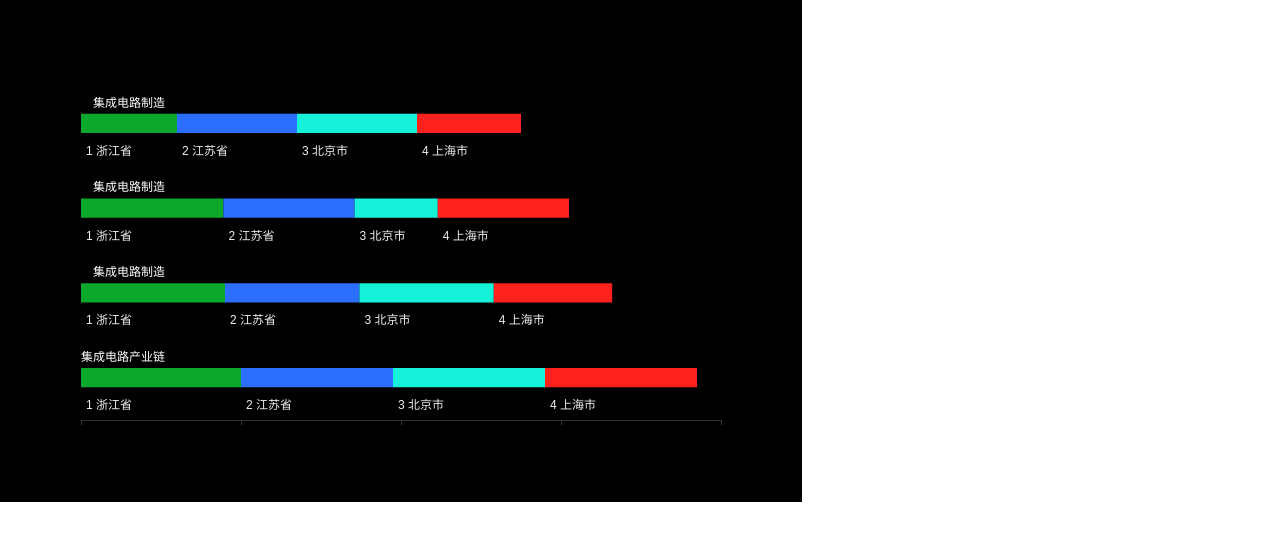
Repository: 572031690/echartproj
Page: /#/test
An editor plug-in stored every save of this project. The page is shown before and after the next save, followed by the edit.
The browser window is 1280 px wide. The pictures show the whole page.
The project was rebuilt for these pictures with package versions that can differ from the ones it lists, and the page was loaded fresh each time. Also part of the build but not shown: vue.config.js, src/components/Seller.vue, src/views/SellerPage.vue, src/utils/theme_utils.js, src/components/Trend.vue, src/views/TrendPage.vue, src/utils/map_utils.js, src/components/Map.vue and 9 more.

Above is the page before, as saved 2021-08-03 11:56:09.

### public/index.html
<!DOCTYPE html>
<html lang="en">
  <head>
    <meta charset="utf-8">
    <meta http-equiv="X-UA-Compatible" content="IE=edge">
    <meta name="viewport" content="width=device-width,initial-scale=1.0">
    <link rel="icon" href="<%= BASE_URL %>favicon.ico">
    <title><%= htmlWebpackPlugin.options.title %></title>
  </head>
  <body>
    <noscript>
      <strong>We're sorry but <%= htmlWebpackPlugin.options.title %> doesn't work properly without JavaScript enabled. Please enable it to continue.</strong>
    </noscript>
    <div id="app"></div>
    <!-- built files will be auto injected -->
    <!-- 一旦通过script标签引入的echarts.js的文件之后呢, window.echarts -->
    <script src="static/lib/echarts.min.js"></script>
    <!-- 引入主题的js文件 -->
    <script src="static/theme/chalk.js"></script>
    <script src="static/theme/vintage.js"></script>
  </body>
</html>

### src/main.js
import Vue from 'vue'
import App from './App.vue'
import router from './router'
import store from './store'
// 引入字体的文件
import './assets/font/iconfont.css'
// 引入全局的样式文件
import './assets/css/global.less'
import axios from 'axios'
import SocketService from './utils/socket_service'

// 调用socket **********
// import SocketService from '@/utils/socket_service'
// 对服务端进行webSocket连接 *********
// SocketService.Instance.connect()
// Vue.prototype.$socket = SocketService.Instance

// 请求基准路径的配置
axios.defaults.baseURL = 'http://127.0.0.1:8888/api/'
// 将axios挂载到Vue的原型对象上
// 在别的组件中 this.$http
Vue.prototype.$http = axios

// 将全局的echarts对象挂载到Vue的原型对象上
// 别的组件中 this.$echarts
Vue.prototype.$echarts = window.echarts

Vue.config.productionTip = false

new Vue({
  router,
  store,
  render: h => h(App)
}).$mount('#app')

### src/App.vue
<template>
  <div id="app">
    <!-- 路由占位符 -->
    <router-view></router-view>
  </div>
</template>

<style lang="less">

</style>

### src/router/index.js
import Vue from 'vue'
import VueRouter from 'vue-router'
import SellerPage from '@/views/SellerPage'
import TrendPage from '@/views/TrendPage'
import MapPage from '@/views/MapPage'
import RankPage from '@/views/RankPage'
import HotPage from '@/views/HotPage'
import StockPage from '@/views/StockPage'
import Test from '../components/Test.vue'
import ScreenPage from '@/views/ScreenPage'

Vue.use(VueRouter)

const routes = [
  {
    path: '/',
    redirect: '/screen'
  },
  {
    path: '/screen',
    component: ScreenPage
  },
  {
    path: '/sellerpage',
    component: SellerPage
  },
  {
    path: '/trendpage',
    component: TrendPage
  },
  {
    path: '/mappage',
    component: MapPage
  },
  {
    path: '/rankpage',
    component: RankPage
  },
  {
    path: '/hotpage',
    component: HotPage
  },
  {
    path: '/stockpage',
    component: StockPage
  },
  {
    path: '/test',
    component: Test
  }

]

const router = new VueRouter({
  routes
})

export default router

### src/store/index.js
import Vue from 'vue'
import Vuex from 'vuex'

Vue.use(Vuex)

export default new Vuex.Store({
  state: {
    theme: 'chalk'
  },
  mutations: {
    changeTheme (state) {
      if(state.theme === 'chalk'){
        state.theme = 'vintage'
      }else{
        state.theme = 'chalk'
      }
    }
  },
  actions: {
  },
  modules: {
  }
})

### src/assets/css/global.less
html, body, #app {
  width: 100%;
  height: 100%;
  padding: 0;
  margin: 0;
  overflow: hidden;
}

.com-page {
  width: 100%;
  height: 100%;
  overflow: hidden;
}

.com-container {
  width: 100%;
  height: 100%;
  overflow: hidden;
  position: relative;
}

.com-chart {
  width: 100%;
  height: 100%;
  overflow: hidden;
}

canvas {
  border-radius: 20px;
}

/*无法选中图片文字方法*/
span,div,img{
  user-select:none;
}

### src/utils/socket_service.js
export default class SocketService {
    // 单例的设计模式
    //如果别人通过get Instance 来的到我的实例对象 那我只会给他返回同一个实例对象
    static instance = null
    static get Instance() {
        if (!this.instance) {
            this.instance = new SocketService()
        }
        return this.instance
    }

    //和服务端连接的socket对象
    ws = null
    //存储回调函数
    callBackMapping = {}
    //定义连接服务器的方法
    connect() {
        //连接服务器
        if (!window.WebSocket) {
            return console.log('你的浏览器不支持WebSocket');
        }
        this.ws = new WebSocket('ws://localhost:9998')

        //连接服务端成功
        this.ws.onopen = () => {
            console.log('连接服务端成功');
        }
        //连接服务端失败
        this.ws.onclose = () => {
            console.log('连接服务端失败');
        }
        //得到服务端发送过来的数据
        this.ws.onmessage = msg => {
            console.log('从服务端获取数据');
            //得到的数据在msg的data里面
            // console.log(msg.data);
            const recvData = JSON.parse(msg.data)
            const socketType = recvData.socketType
            //判断回调函数是否存在
            if(this.callBackMapping[socketType]){
                const action = recvData.action
                if(action === 'getData') {
                    const realData = JSON.parse(recvData.data)
                    this.callBackMapping[socketType]
                }else if( action === 'fullScreen') {

                }else if(action === 'themeChange') {

                }
            }
        }
    }
    //回调函数的注册
    registerCallBack(socketType, callBack) {
        this.callBackMapping[socketType] = callBack
    }
    //取消某一个回调函数
    unRegisterCallBack(socketType) {
        this.callBackMapping[socketType] = null
    }

}

### src/components/Test.vue
<template>
  <div class="line-chart" ref="mybar">
    123
  </div>
</template>

<script>
export default {
  mounted() {
    this.getData()
    this.initChart()
  },
  data() {
    return {
      chartInstance: null,
      seriesData: [100, 120, 140, 90, 90, 80],
      barChart: {
        xAxisData: ['类别1', '类别2', '类别3', '类别4'],
        dataList: []
      },

      chartData1: [
        { rank: 1, name: '浙江省', value: 100 },
        { rank: 1, name: '江苏省', value: 90 },
        { rank: 1, name: '北京市', value: 89 },
        { rank: 1, name: '上海市', value: 60 }
      ],
      chartData2: [
        { rank: 2, name: '浙江省', value: 95 },
        { rank: 2, name: '江苏省', value: 84 },
        { rank: 2, name: '北京市', value: 82 },
        { rank: 2, name: '上海市', value: 75 }

      ],
      chartData3: [
        { rank: 3, name: '浙江省', value: 95 },
        { rank: 3, name: '江苏省', value: 84 },
        { rank: 3, name: '北京市', value: 52 },
        { rank: 3, name: '上海市', value: 75 }

      ],
      chartData4: [
        { rank: 4, name: '浙江省', value: 95 },
        { rank: 4, name: '江苏省', value: 74 },
        { rank: 4, name: '北京市', value: 82 },
        { rank: 4, name: '上海市', value: 65 }

      ],
      chartData5: [
        { rank: 5, name: '浙江省', value: 85.5 },
        { rank: 5, name: '江苏省', value: 44 },
        { rank: 5, name: '北京市', value: 72 },
        { rank: 5, name: '上海市', value: 75 }

      ],
      yAxisData: ['集成电路产业链', '集成电路制造', '集成电路制造', '集成电路制造']
    }
  },
  methods: {
    initChart() {
      const colorArr1 = [
        'rgba(11, 168, 44)',
        'rgba(44, 110, 255)',
        'rgba(22, 242, 217)',
        'rgba(254, 33, 30)',
        'rgba(250, 105, 0)'
      ]
      const ChartsData = [
        {
          name: '第一列',
          data: this.chartData1
        },
        {
          name: '第一列',
          data: this.chartData2
        },
        {
          name: '第一列',
          data: this.chartData3
        },
        {
          name: '第一列',
          data: this.chartData4
        },
        {
          name: '第一列',
          data: this.chartData5
        }
      ]
      var serises = ChartsData.map((item, index) => {
        if (item.data[index]) {
          return {
            name: item.data[index].name,
            stack: '类1',
            barWidth: '23%', // 宽度
            itemStyle: {
              color: arg => {
                return colorArr1[arg.componentIndex]
              },
              emphasis: {
                borderWidth: 5,
                borderType: 'solid',
                color: colorArr1[index],
                borderColor: colorArr1[index]
              }
            },
            data: [item.data[0].value, item.data[1].value, item.data[2].value, item.data[3].value],
            type: 'bar',
            label: {
              show: true,
              position: [5, 32],
              textStyle: {
                color: '#eee',
                fontSize: 12
              },
              formatter: arg => {
                return arg.seriesIndex + 1 + ' ' + item.data[index].name
              }
            }
            // itemStyle: {
            //   normal: {
            //     color: 'red'
            //   },
            //   emphasis: {
            //     borderWidth: 5,
            //     borderType: 'solid',
            //     borderColor: 'red'
            //   }
            // }
          }
        }
      })
      // console.log(serises)
      const chartInstance = this.$echarts.init(this.$refs.mybar)
      const option = {
        tooltip: {
          formatter: arg => {
            console.log(arg, '1111111111')
            return arg.seriesName + ' ' + arg.value
          }
        },
        grid: [
          {
            top: 80,
            bottom: 81
          }
        ],
        xAxis: [
          {
            type: 'value',
            // gridIndex: 0,
            axisLabel: {
              // 刻度标签文字
              show: false
            },
            splitLine: {
              show: false
              // x轴横线

            },
            axisLine: {
              // 设置轴线
              show: true
            },
            axisTick: {
              show: true // 是否显示坐标轴刻度。
            }
          }
        ],
        yAxis: [
          {
            type: 'category',
            data: this.yAxisData,
            // gridIndex: 0, // x 轴所在的 grid 的索引，默认位于第一个 grid。
            axisLabel: {
              color: '#fff', // 刻度标签文字的颜色
              padding: [0, 0, 40, 0]
            },
            offset: -92,
            axisLine: {
              onZero: false,
              // 设置轴线
              show: false
            },
            axisTick: {
              show: false // 是否显示坐标轴刻度。
            }
          }
        ],
        series: serises
        // series: [
        //   {
        //     name: '111',
        //     rank: 1,
        //     stack: '类1',
        //     barWidth: '30%', // 宽度
        //     itemStyle: {
        //       color: '#3366cc'
        //     },
        //     data: [50, 25, 68, 45],
        //     type: 'bar',
        //     label: {
        //       show: true,
        //       position: [5, 24],
        //       textStyle: {
        //         color: '#eee',
        //         fontSize: 12
        //       },
        //       formatter: arg => {
        //         console.log(arg)
        //         return this.seriesData[arg.dataIndex]
        //       }
        //     }
        //   }
        //   {
        //     label: {
        //       show: true,
        //       position: [5, 24],
        //       textStyle: {
        //         color: '#eee',
        //         fontSize: 12
        //       },
        //       formatter: arg => {
        //         console.log(arg)
        //         return this.seriesData[arg.dataIndex]
        //       }
        //     },
        //     stack: '类1',
        //     xAxisIndex: 0,
        //     barWidth: '30%', // 宽度
        //     itemStyle: {
        //       color: '#33ccff'
        //     },
        //     data: [51, 78, 65, 42],
        //     type: 'bar'
        //   }
        // ]
      }
      chartInstance.setOption(option)
    },
    getData() {
      let sum = 0
      this.seriesData.forEach(item => (sum += item))
      const aver = sum / this.seriesData.length
      // console.log(aver)
      this.barChart.dataList[0] = this.seriesData.map(item => {
        if (item > aver) return item - aver
        else return 0
      })
      this.barChart.dataList[1] = this.seriesData.map(item => {
        if (item > aver) return aver
        else return item
      })
      // console.log(this.barChart.dataList)
    }
  }
}
</script>

<style>
.line-chart {
  width: 800px;
  height: 500px;
  border: 1px solid black;
  background: #000;
}
</style>

Loaded but not shown: src/assets/font/iconfont.css (common file); public/static/lib/echarts.min.js (library); public/static/theme/chalk.js (521 lines, source omitted); public/static/theme/vintage.js (521 lines, source omitted)

After the next save:
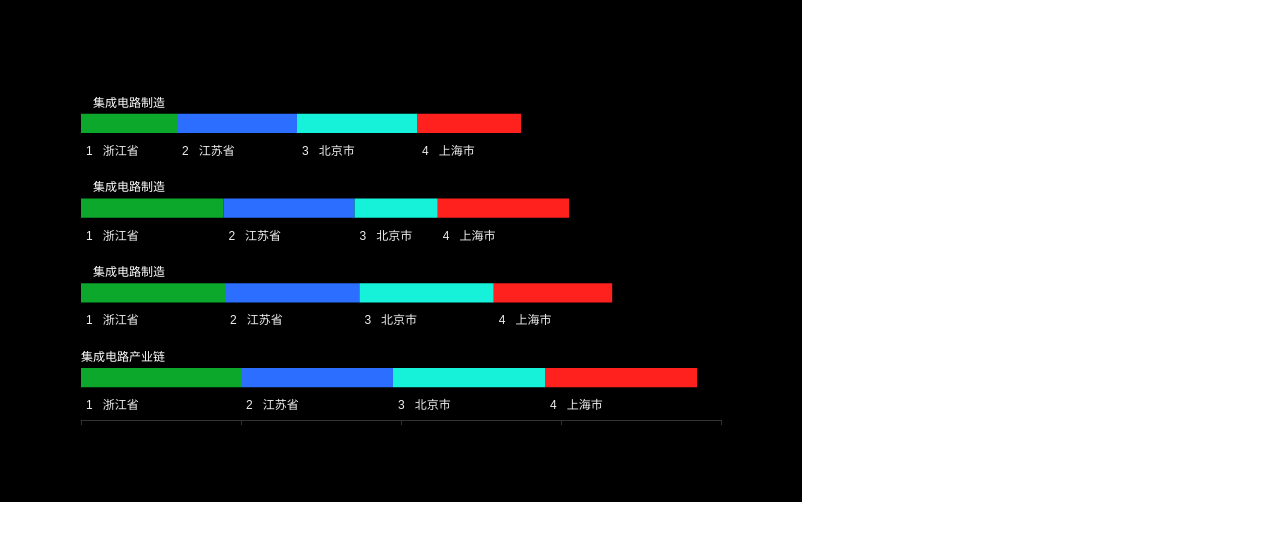
Saved 78 s later.
--- a/src/components/Test.vue
+++ b/src/components/Test.vue
@@ -114,7 +114,7 @@ export default {
                 fontSize: 12
               },
               formatter: arg => {
-                return arg.seriesIndex + 1 + ' ' + item.data[index].name
+                return arg.seriesIndex + 1 + '   ' + item.data[index].name
               }
             }
             // itemStyle: {
